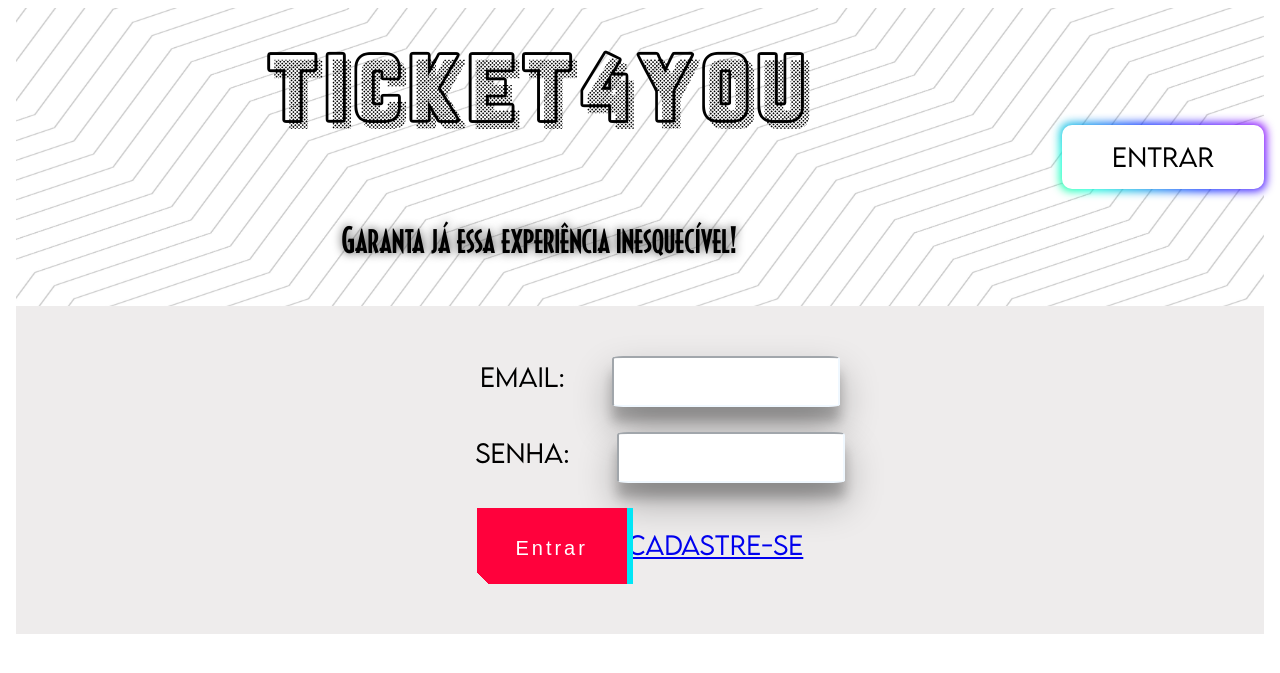
Repository: hellengurgaczz/projeto-DSA
Page: /login
The author's editor kept a copy of each file at every save. The page is drawn from the files as they stood at one save, then again after the next save.
The browser window is 1280 px wide. The pictures show the whole page.
The project was rebuilt for these pictures with package versions that can differ from the ones it lists, and the page was loaded fresh each time. Also part of the build but not shown: angular.json, src/app/ingressos/templates/cadastrar/cadastrar.component.ts, src/app/models/ingresso.model.ts, src/app/services/ingresso.service.ts, src/app/compra/comprar-ingresso/comprar-ingresso.component.ts, src/app/models/compra.model.ts, src/app/services/compra.service.ts, src/app/ingressos/templates/deletar/deletar.component.ts and 3 more.

Above is the page before, as saved 2022-05-10 12:39:38.

### src/index.html
<!doctype html>
<html lang="en">
<head>
  <meta charset="utf-8">
  <title>ProjetoDSA</title>
  <base href="/">
  <meta name="viewport" content="width=device-width, initial-scale=1">
  <link rel="icon" type="image/x-icon" href="favicon.ico">
</head>
<body>
  <app-root></app-root>
</body>
</html>

### src/app/app.module.ts
import { NgModule } from '@angular/core';
import { BrowserModule } from '@angular/platform-browser';
import { HttpClientModule } from '@angular/common/http';

import { AppRoutingModule } from './app-routing.module';
import { BrowserAnimationsModule } from '@angular/platform-browser/animations';
import { AppComponent } from './app.component';
import { HeaderComponent } from './ingressos/templates/header/header.component';
import { CadastrarComponent } from './ingressos/templates/cadastrar/cadastrar.component';
import { ListarComponent } from './ingressos/templates/listar/listar.component';
import { DeletarComponent } from './ingressos/templates/deletar/deletar.component';
import { EditarComponent } from './ingressos/templates/editar/editar.component';

// imports angular material

import { FormsModule } from '@angular/forms';
import { ComprarIngressoComponent } from './compra/comprar-ingresso/comprar-ingresso.component';
import { LoginComponent } from './login/login.component';
import { LoginCadastroComponent } from './login/login-cadastro/login-cadastro.component';


@NgModule({
  imports: [
    BrowserModule,
    AppRoutingModule,
    HttpClientModule,
    BrowserAnimationsModule,
    FormsModule
  ],
  declarations: [
    AppComponent,
    HeaderComponent,
    CadastrarComponent,
    ListarComponent,
    DeletarComponent,
    EditarComponent,
    ComprarIngressoComponent,
    LoginComponent,
    LoginCadastroComponent
  ],
  providers: [],
  bootstrap: [AppComponent]
})
export class AppModule { }

### src/app/app-routing.module.ts
import { NgModule } from '@angular/core';
import { RouterModule, Routes } from '@angular/router';
import { CadastrarComponent } from './ingressos/templates/cadastrar/cadastrar.component';
import { ComprarIngressoComponent } from './compra/comprar-ingresso/comprar-ingresso.component';
import { DeletarComponent } from './ingressos/templates/deletar/deletar.component';
import { EditarComponent } from './ingressos/templates/editar/editar.component';
import { ListarComponent } from './ingressos/templates/listar/listar.component';
import { LoginComponent } from './login/login.component';
import { LoginCadastroComponent } from './login/login-cadastro/login-cadastro.component';

const routes: Routes = [
  {path: "", component: ListarComponent},
  {path: "cadastrar", component: CadastrarComponent},
  {path: "listar", component: ListarComponent},
  {path: "editar/:id", component: EditarComponent},
  {path: "deletar/:id", component: DeletarComponent},
  {path: "comprar/:id", component: ComprarIngressoComponent},
  {path: "login", component: LoginComponent},
  {path: "login/cadastro", component: LoginCadastroComponent}
];

@NgModule({
  imports: [RouterModule.forRoot(routes)],
  exports: [RouterModule]
})

export class AppRoutingModule { }

### src/app/app.component.ts
import { Component } from '@angular/core';

@Component({
  selector: 'app-root',
  templateUrl: './app.component.html',
  styleUrls: ['./app.component.css']
})
export class AppComponent {
  title = 'projeto-DSA';
}

### src/app/login/login.component.ts
import { Component, OnInit } from '@angular/core';
import { ActivatedRoute, Router } from '@angular/router';
import { Login } from '../models/login.model';
import { LoginService } from '../services/login.service';

@Component({
  selector: 'app-login',
  templateUrl: './login.component.html',
  styleUrls: ['./login.component.css']
})
export class LoginComponent implements OnInit {

  login: Login = new Login();

  constructor(private service: LoginService, private router: Router, private route: ActivatedRoute) { }

  ngOnInit(): void {

  }

  verificarLogin() {
    this.service.buscarLogin(this.login).subscribe(() => {
      this.router.navigate(['/listar']);
    });
  }

}

### src/app/app.component.html
<body>
  <app-header></app-header>

  <main>

    <router-outlet></router-outlet>

  </main>
</body>

### src/app/app.component.css
body {
    background-color: rgba(146, 132, 132, 0.151);
}

### src/app/ingressos/templates/header/header.component.html

<div class="header">
    <div class="titulo">
        <h1 style="font-weight: lighter;">
            TICKET4YOU
        </h1>
        <h4 class="desc">
            Garanta já essa experiência inesquecível!
        </h4>
    </div>
    <div class="login">
        <a routerLink="./login">Entrar</a>
    </div>
</div>

### src/app/ingressos/templates/header/header.component.css
div.header {
    display: flex;
    flex-direction: row;
    background-image: url(../fonts/SL_042620_30310_10.jpg);
    background-size: cover;
}

.titulo {
    display: flex;
    width: 95%;
    align-items: center;
    justify-content: center;
    flex-direction: column;
    font-size: 25px;
    font-family:AMP;
}

.desc{
  font-family: DecoturaICG;
  text-shadow: 0 0 10px #424242;
  font-size: 35px;
  font-weight: lighter
}

.login {
    display: flex;
    justify-content: end;
    align-items: center;
}

a{
  padding: 0.6em 2em;
  border: none;
  text-decoration: none;
  font-family: LEMONMILK-Light;
  font-size: 25px;
  outline: none;
  color: rgb(0, 0, 0);
  background: rgb(255, 255, 255);
  cursor: pointer;
  position: relative;
  z-index: 0;
  border-radius: 10px;
  user-select: none;
  -webkit-user-select: none;
  touch-action: manipulation;
}

a::before{
  content: "";
  background: linear-gradient(
    45deg,
    #ff0000,
    #ff7300,
    #fffb00,
    #48ff00,
    #00ffd5,
    #002bff,
    #7a00ff,
    #ff00c8,
    #ff0000
  );
  position: absolute;
  top: -2px;
  left: -2px;
  background-size: 400%;
  z-index: -1;
  filter: blur(5px);
  -webkit-filter: blur(5px);
  width: calc(100% + 4px);
  height: calc(100% + 4px);
  animation: glowing-button-85 20s linear infinite;
  transition: opacity 0.3s ease-in-out;
  border-radius: 10px;
}

a::after{
  z-index: -1;
  content: "";
  position: absolute;
  width: 100%;
  height: 100%;
  background: rgb(255, 255, 255);
  left: 0;
  top: 0;
  border-radius: 10px;
}

@font-face{
  font-family: AMP;
  src:url(../fonts/AMP.ttf)
}

@font-face{
  font-family: LEMONMILK-Light;
  src: url(../fonts/LEMONMILK-Light.otf);
}

@font-face{
  font-family: DecoturaICG;
  src: url(../fonts/DecoturaICG.ttf);
}

@keyframes glowing-button-85 {
  0% {
    background-position: 0 0;
  }
  50% {
    background-position: 400% 0;
  }
  100% {
    background-position: 0 0;
  }
}

### src/app/login/login.component.html
<div class="all">
    <label class="email" for="email">Email: </label>
    <input type="text"  name="email" class="emailinput" [(ngModel)]="login.email">

    <p></p>

    <label class="senha" for="senha">Senha: </label>
    <input type="password"  name="email" class="senhainput" [(ngModel)]="login.senha">

    <div>
        <button (click)="verificarLogin()">Entrar</button>
        <a routerLink="login/cadastro">Cadastre-se</a>
    </div>
</div>

### src/app/login/login.component.css
.all{
  font-family: LEMONMILKLight;
  font-size: 25px;
  text-align: center;
  padding: 50px;
}

.email{
  margin: 40px;
}

.senha{
  margin: 40px;
}

.emailinput{
  padding: 15px;
  border-radius: 5%;
  box-shadow: rgba(0, 0, 0, 0.3) 0px 19px 38px, rgba(0, 0, 0, 0.22) 0px 15px 12px;
  border-color: aliceblue;
  font-family: LEMONMILKLight;
}

.senhainput{
  padding: 15px;
  border-radius: 5%;
  box-shadow: rgba(0, 0, 0, 0.3) 0px 19px 38px, rgba(0, 0, 0, 0.22) 0px 15px 12px;
  border-color: aliceblue;
  margin-bottom: 25px;
  font-family: LEMONMILKLight;
}

button, button::after{
  width: 150px;
  height: 76px;
  line-height: 78px;
  font-size: 20px;
  font-family: 'Bebas Neue', sans-serif;
  background: linear-gradient(45deg, transparent 5%, #FF013C 5%);
  border: 0;
  color: #fff;
  letter-spacing: 3px;
  box-shadow: 6px 0px 0px #00E6F6;
  outline: transparent;
  position: relative;
  user-select: none;
  -webkit-user-select: none;
  touch-action: manipulation;
}





@font-face{
  font-family: LEMONMILKLight;
  src: url(fonts/LEMONMILK-Light.otf);
}

### src/app/models/login.model.ts
export class Login {
    id: number = 0;
    email?: string;
    senha?: string;
}

### src/app/services/login.service.ts
import { HttpClient } from '@angular/common/http';
import { Injectable } from '@angular/core';
import { Observable } from 'rxjs';
import { Login } from '../models/login.model';

@Injectable({
  providedIn: 'root'
})
export class LoginService {

  constructor(private http: HttpClient) { }

  URL = "http://localhost:3001/logins";


    buscarLogin(login : Login) : Observable<Login>{
      return this.http.get<Login>(this.URL + "/" + login.id);
    }

    cadastrarIngresso(login : Login) : Observable<any> {
      return this.http.post(this.URL, login);
    }
}

Loaded but not shown: src/styles.css (common file); src/main.ts (common file); src/environments/environment.ts (common file); src/app/ingressos/templates/header/header.component.ts (common file)

After the next save:
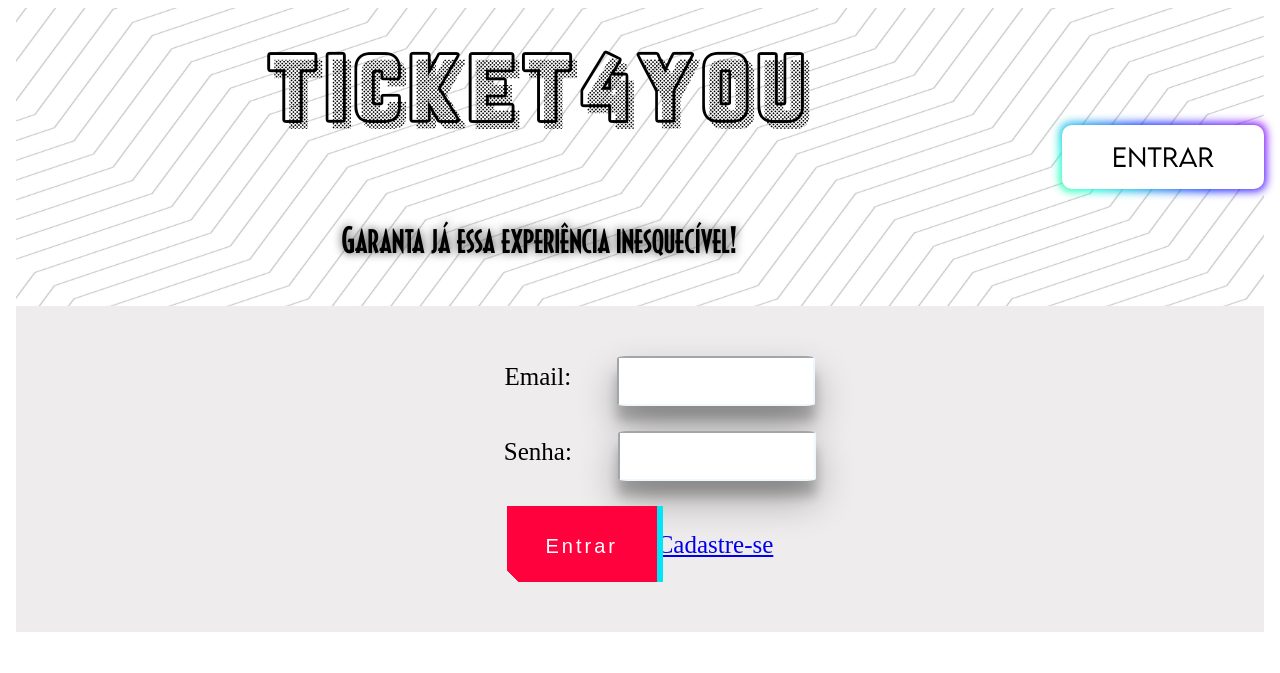
Saved 12 s later.
--- a/src/app/login/login.component.css
+++ b/src/app/login/login.component.css
@@ -48,7 +48,7 @@
   touch-action: manipulation;
 }
 
-
+butto
 
 
 

After the save that followed:
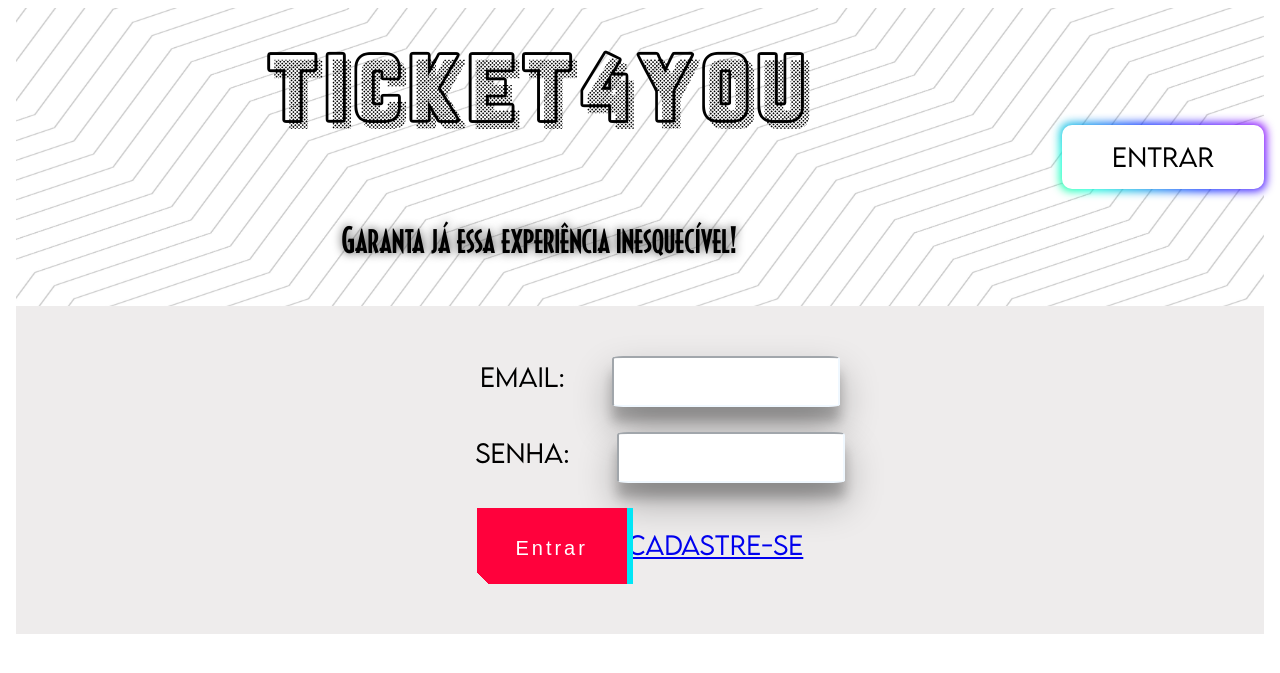
Saved 5 s later.
--- a/src/app/login/login.component.css
+++ b/src/app/login/login.component.css
@@ -48,7 +48,25 @@
   touch-action: manipulation;
 }
 
-butto
+button::after{
+  --slice-0: inset(50% 50% 50% 50%);
+  --slice-1: inset(80% -6px 0 0);
+  --slice-2: inset(50% -6px 30% 0);
+  --slice-3: inset(10% -6px 85% 0);
+  --slice-4: inset(40% -6px 43% 0);
+  --slice-5: inset(80% -6px 5% 0);
+
+  content: 'ALTERNATE TEXT';
+  display: block;
+  position: absolute;
+  top: 0;
+  left: 0;
+  right: 0;
+  bottom: 0;
+  background: linear-gradient(45deg, transparent 3%, #00E6F6 3%, #00E6F6 5%, #FF013C 5%);
+  text-shadow: -3px -3px 0px #F8F005, 3px 3px 0px #00E6F6;
+  clip-path: var(--slice-0);
+}
 
 
 
